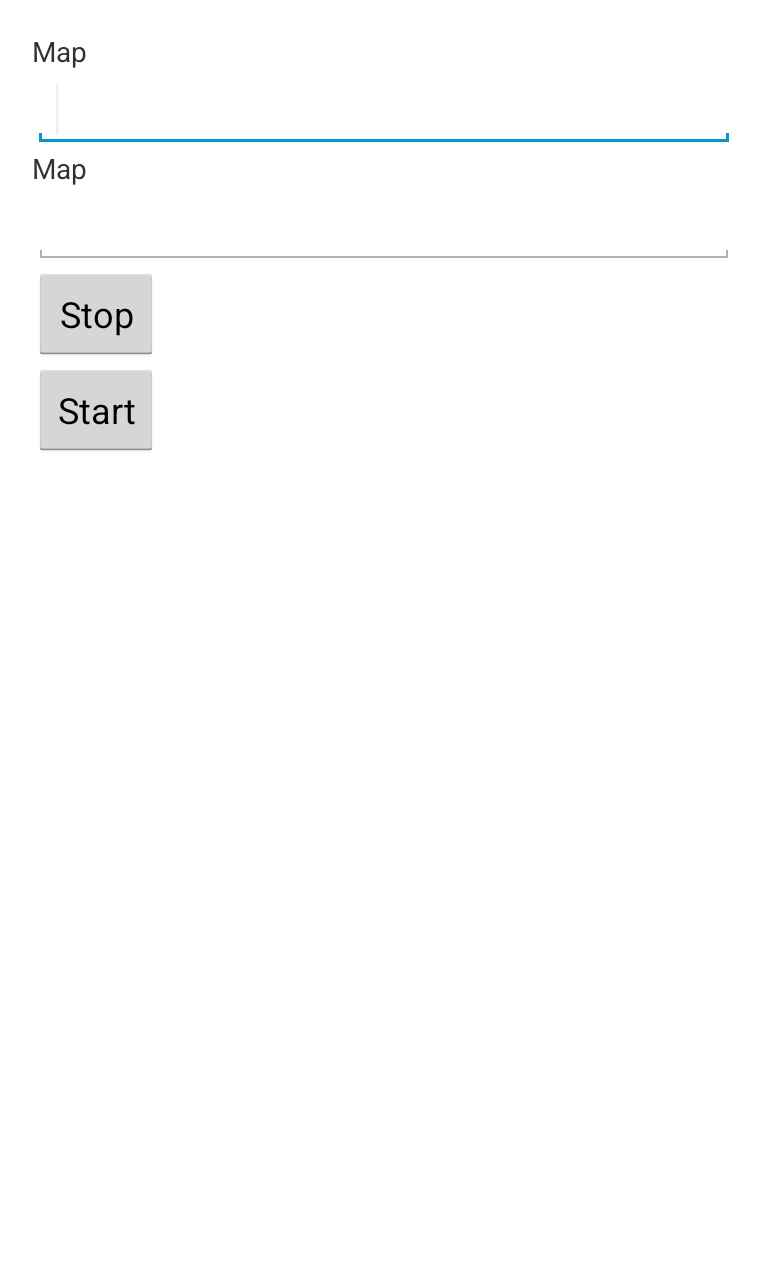
Repository: choll03/mobile_programming
Layout: Gps/res/layout/activity_main.xml
The author's editor kept a copy of each file at every save. The layout is drawn from the files as they stood at one save, then again after the next save.
It is drawn on a 768 x 1280 px phone screen (xhdpi) without system bars, with theme AppTheme; the app's code is not run.

Above is the layout before, as saved 2019-05-01 10:20:22.

After the next save:
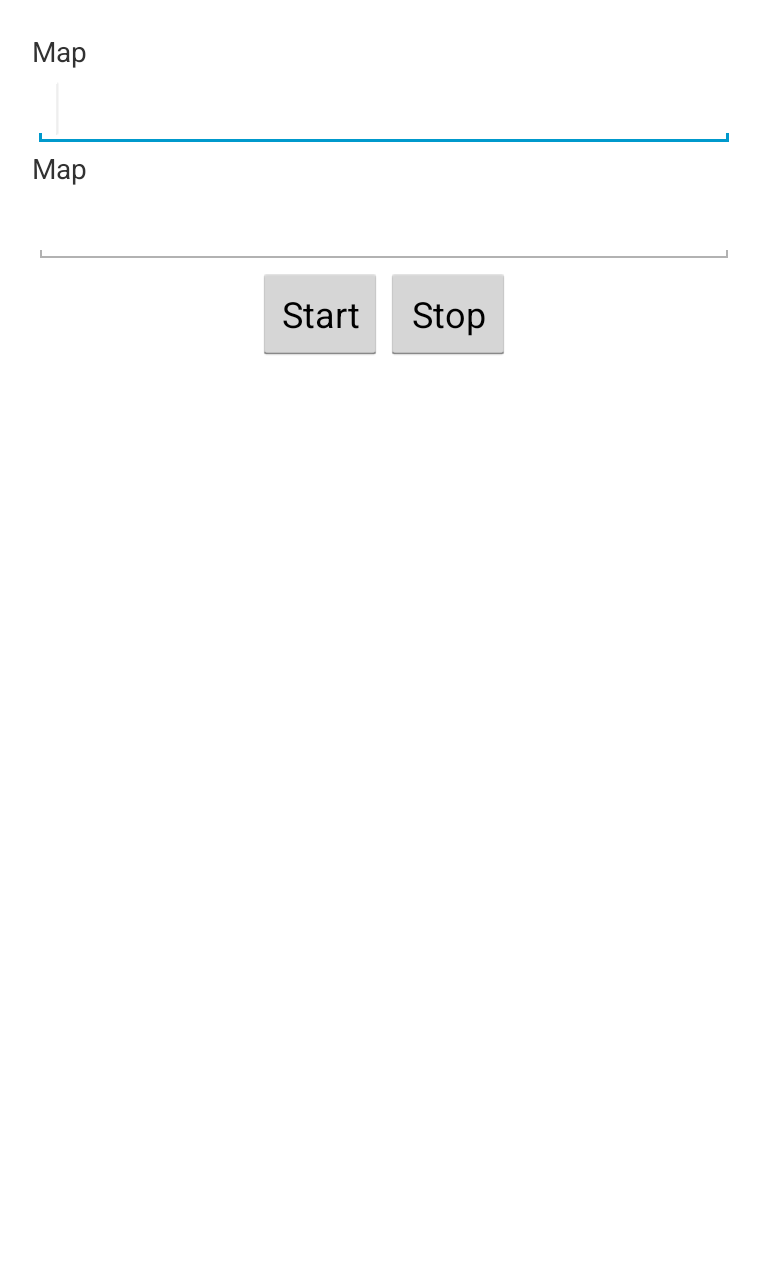
Saved 2 min 32 s later.
--- a/Gps/res/layout/activity_main.xml
+++ b/Gps/res/layout/activity_main.xml
@@ -2,6 +2,7 @@
     xmlns:tools="http://schemas.android.com/tools"
     android:layout_width="match_parent"
     android:layout_height="match_parent"
+    android:layout_marginTop="20"
     android:paddingBottom="@dimen/activity_vertical_margin"
     android:paddingLeft="@dimen/activity_horizontal_margin"
     android:paddingRight="@dimen/activity_horizontal_margin"
@@ -62,7 +63,14 @@
         android:layout_height="wrap_content"
         android:layout_alignParentLeft="true"
         android:layout_below="@+id/linearLayout2"
-        android:orientation="vertical" >
+        android:gravity="center"
+        android:orientation="horizontal" >
+
+        <Button
+            android:id="@+id/startButton"
+            android:layout_width="wrap_content"
+            android:layout_height="wrap_content"
+            android:text="Start" />
 
         <Button
             android:id="@+id/stopButton"
@@ -70,12 +78,6 @@
             android:layout_height="wrap_content"
             android:text="Stop" />
 
-        <Button
-            android:id="@+id/startButton"
-            android:layout_width="wrap_content"
-            android:layout_height="wrap_content"
-            android:text="Start" />
-
     </LinearLayout>
 
 </RelativeLayout>
